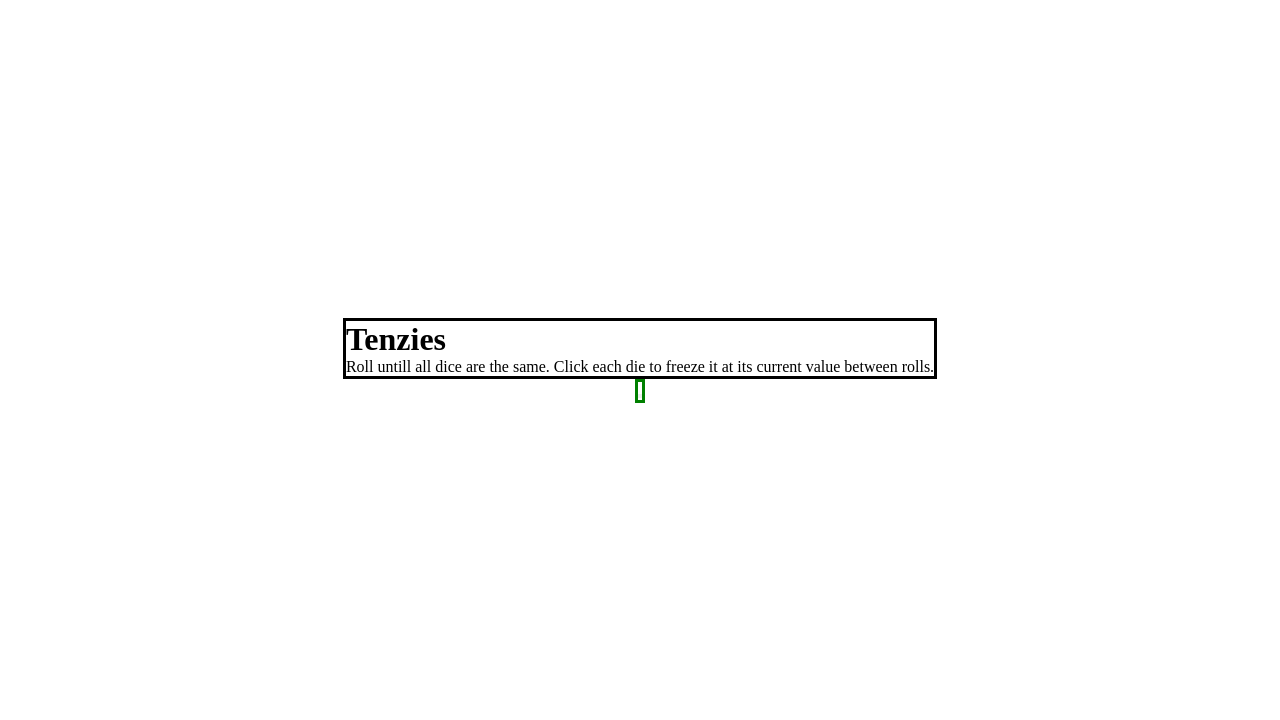
Repository: 2iaad/React
Page: /
The author's editor kept a copy of each file at every save. The page is drawn from the files as they stood at one save, then again after the next save.
The browser window is 1280 px wide. The pictures show the whole page.
The project was rebuilt for these pictures with package versions that can differ from the ones it lists, and the page was loaded fresh each time. Also part of the build but not shown: vite.config.js.

Above is the page before, as saved 2025-12-06 00:00:13.

### index.html
<!doctype html>
<html lang="en">

<head>
  <meta charset="UTF-8" />
  <link rel="icon" type="image/svg+xml" href="/vite.svg" />
  <meta name="viewport" content="width=device-width, initial-scale=1.0" />
  <title>my-react</title>
</head>

<body>
  <div id="root"></div>
  <script type="module" src="/src/main.jsx"></script>
</body>

</html>

### src/index.css
* {
  padding: 0;
  margin: 0;
}

div#root {

  display: flex;
  flex-direction: column;
  justify-content: center;
  align-items: center;
  height: 100vh;
  border: ;
}

### src/App.jsx
import './App.css'
import Header from './components/Header'
import Main from './components/Main'

export default function App() {

  return (
    <>
      <Header />
      <Main />
    </>
  )
}

### src/App.css
header {
  border: 3px solid black;
}

main {
  border: 3px solid green;
}

### src/components/Header.jsx
export default function Header()
{
    const headerName = "Tenzies"
    const intro = "Roll untill all dice are the same. Click each die to freeze it at its current value between rolls."

    return (
        <header>
            <h1>{headerName}</h1>
            <p>{intro}</p>
        </header>
    )
}

### src/components/Main.jsx
export default function Main() {

    return (
        <main>
            <div id="numbers">

            </div>
            <button>

            </button>
        </main>
    )
}

Loaded but not shown: src/main.jsx (common file)

After the next save:
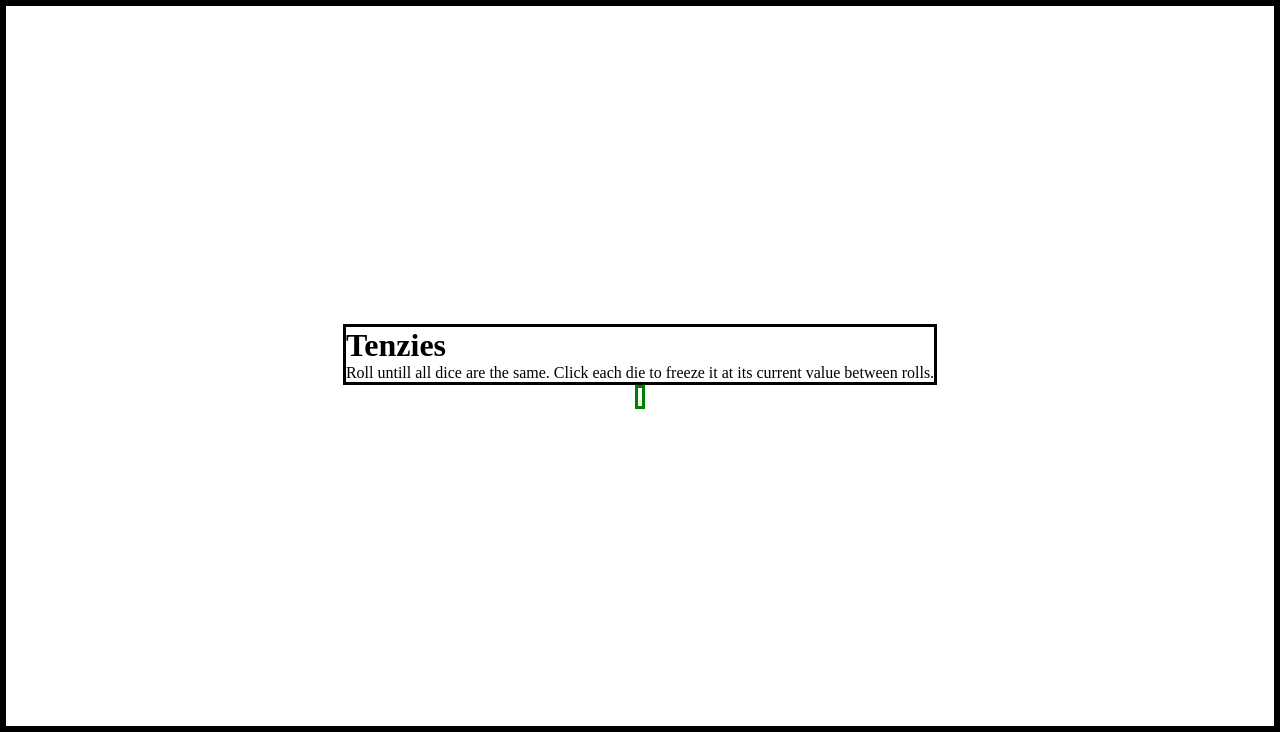
Saved 7 s later.
--- a/src/index.css
+++ b/src/index.css
@@ -10,5 +10,5 @@
   justify-content: center;
   align-items: center;
   height: 100vh;
-  border: ;
+  border: 6px solid black;
 }

After the save that followed:
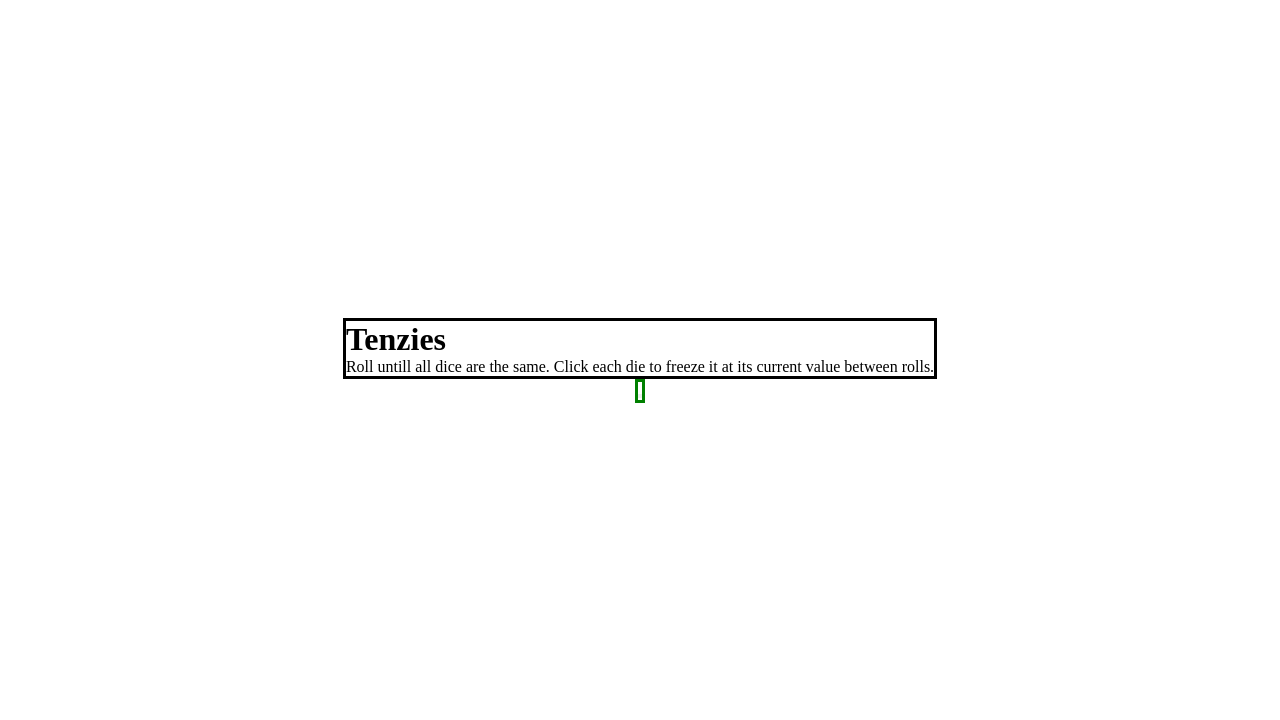
Saved 9 s later.
--- a/src/index.css
+++ b/src/index.css
@@ -10,5 +10,4 @@
   justify-content: center;
   align-items: center;
   height: 100vh;
-  border: 6px solid black;
 }
